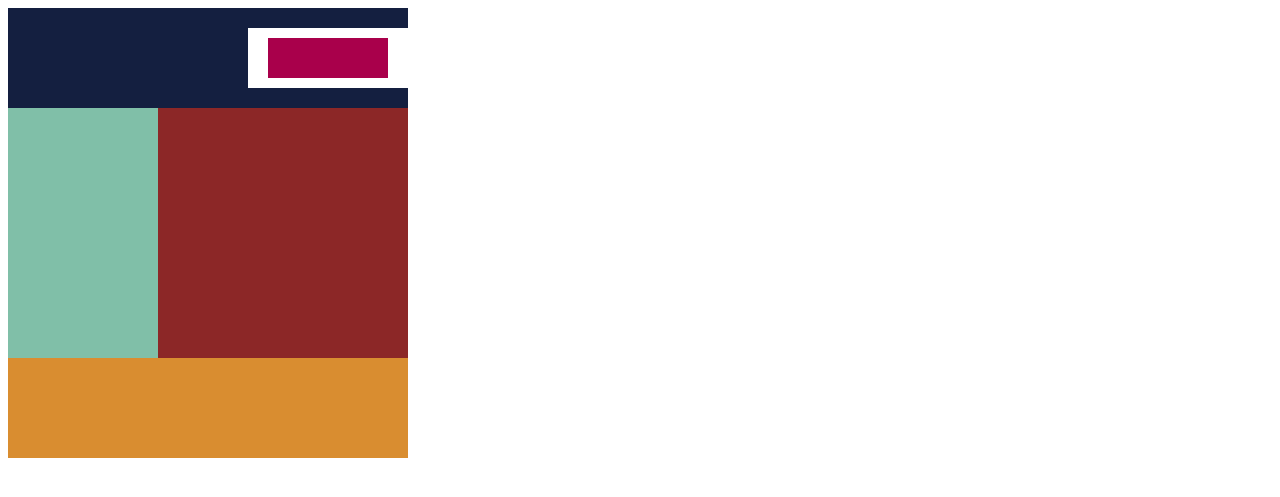
Repository: natuki-i/curriculum
Page: http://localhost/
The author's editor kept a copy of each file at every save. The page is drawn from the files as they stood at one save, then again after the next save.
The browser window is 1280 px wide. The pictures show the whole page.
The page is run by PHP 8.4 with error messages shown; the project is at /var/www/html/.

Above is the page before, as saved 2022-11-26 20:38:55.

After the next save:
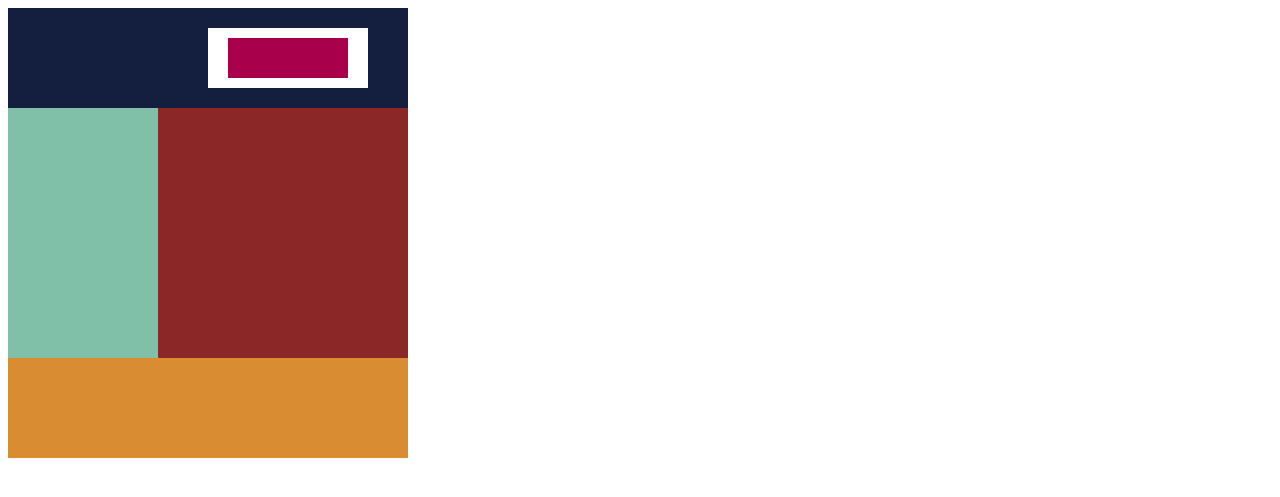
Saved 34 s later.
--- a/PHPjob/1/css/style.css
+++ b/PHPjob/1/css/style.css
@@ -10,7 +10,7 @@
 .h-boxs {
     width: 160px;
     height: 60px;
-    margin-left: 100px;
+    margin-right: 40px;
     background-color: white;
     display: flex;
     align-items: center;
